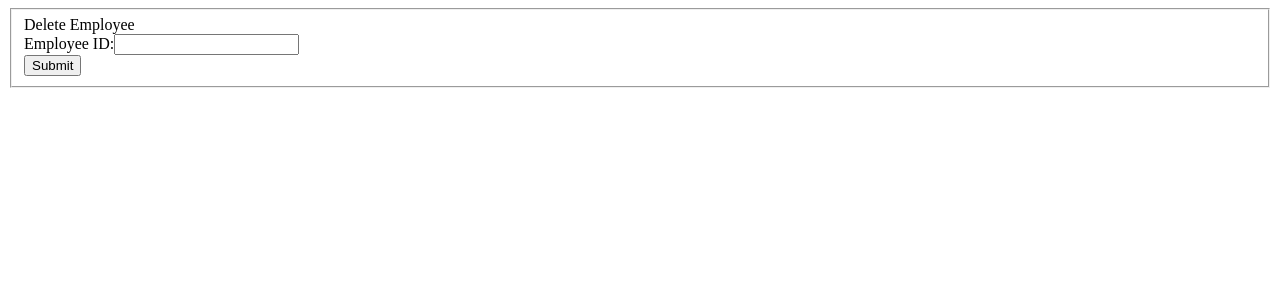
Repository: AbhayaAdarsh/TY_CG_HTD_BANGLORENOVEMBER_JFS_ABHAYAADARSH
Page: Back End/Servlets/mywebapp/src/main/webapp/deleteEmployee.html
An editor plug-in stored every save of this project. The page is shown before and after the next save, followed by the edit.
The browser window is 1280 px wide. The pictures show the whole page.

Above is the page before, as saved 2019-12-17 10:48:10.

### Back End/Servlets/mywebapp/src/main/webapp/deleteEmployee.html
<!DOCTYPE html>
<html>
<head>
<meta charset="ISO-8859-1">
<title>Insert title here</title>
</head>
<body>
<fieldset>
<legand>Delete Employee</legand>
<form action="./deleteEmployee" method="get">
Employee ID:<input type="number" name="empId" required><br>
<input type="submit" name="delete" >
</form>
</fieldset>
</body>
</html>

After the next save:
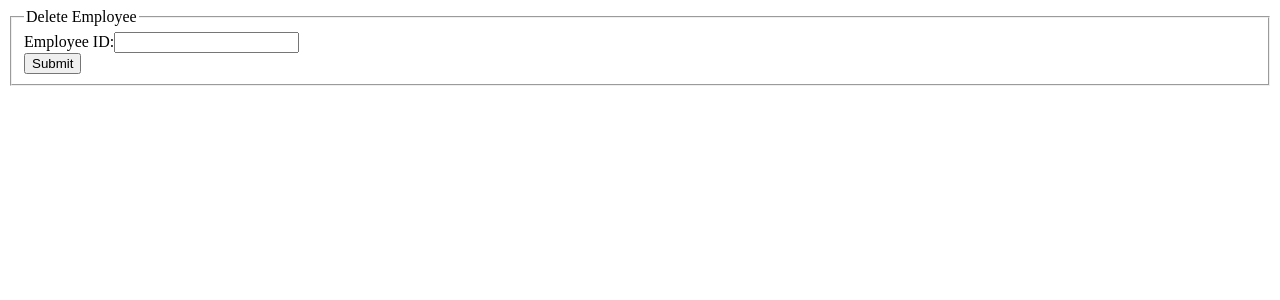
Saved 65 s later.
--- a/Back End/Servlets/mywebapp/src/main/webapp/deleteEmployee.html
+++ b/Back End/Servlets/mywebapp/src/main/webapp/deleteEmployee.html
@@ -6,7 +6,7 @@
 </head>
 <body>
 <fieldset>
-<legand>Delete Employee</legand>
+<legend>Delete Employee</legend>
 <form action="./deleteEmployee" method="get">
 Employee ID:<input type="number" name="empId" required><br>
 <input type="submit" name="delete" >
